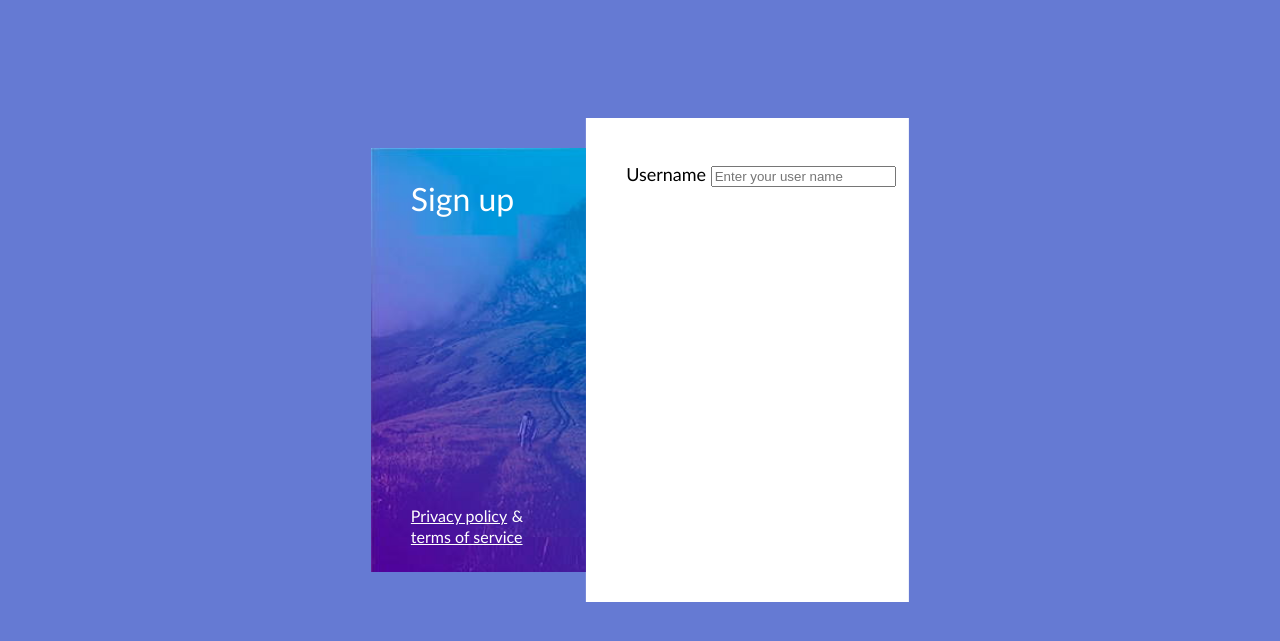
Repository: motiejus1/11-paskaita-adobexd-registracija
Page: index.html
The author's editor kept a copy of each file at every save. The page is drawn from the files as they stood at one save, then again after a run of saves.
The browser window is 1280 px wide. The pictures show the whole page.

Above is the page before, as saved 2021-06-17 19:54:26.

### index.html
<!DOCTYPE html>
<html lang="en">
<head>
    <meta charset="UTF-8">
    <meta http-equiv="X-UA-Compatible" content="IE=edge">
    <meta name="viewport" content="width=device-width, initial-scale=1.0">
    <title>Registracija</title>
    <style>
        html {
            font-size: 18px;
        }

        body {
            max-width: 1920px;
            background-color: #657AD3;
            font: normal normal normal 1rem/1.1667rem Gill Sans MT;
        }

        .container {
            width: 42.05%;
            position: absolute;
            top: 50%;
            left: 50%;
            transform: translate(-50%, -50%);
        }

        .left-column, .right-column {
            float:left;
            height: 26.8889rem;
        }

        .left-column {
            background-color: transparent;
            width: 40%;

        }

        .right-column {
            width: 60%;
            background-color: #fff;
        }

        .left-column-container {
            margin-top: 1.6667rem;
            height: 23.5556rem;
            background-color: #fff;
            background: transparent url('img/mountain.png') 0% 0% no-repeat padding-box;
            background-size: cover;
            padding-left: 2.2222rem;
            position: relative;

        }

        h1 {
            font: normal normal normal 1.7778rem/2.0556rem Gill Sans MT;
            color: #FFFFFF;
            margin: 0;
            padding-top: 32px;
        }


        .links {
            position: absolute;
            bottom: 1.3889rem;
        }

        .links a, .links p {
            display: inline-block;
            color: #FFFFFF;
            font: normal normal normal 0.8889rem/1.0556rem Gill Sans MT;
        }

        .links a:hover {
            color:#808080;
        }

        .links p {
            margin: 0;
        }

        .right-column-container {
            padding-left: 2.2222rem;
            padding-top: 2.5556rem;
        }

    </style>

</head>
<body>

    <div class="container">

        <div class="left-column">
            <div class="left-column-container">
                <h1>Sign up</h1>

                <div class="links">
                    <a href="#">Privacy policy</a>
                    <p>&</p>
                    <a href="#">terms of service</a>
                </div>
            </div>
        </div>
        <div class="right-column">
            <div class="right-column-container">
                <div class="input">
                    <label for="username">Username</label>
                    <input placeholder="Enter your user name" type="text" id="username" name="username" />
                </div>
                <div class="input"></div>
                <div class="input"></div>
                <div class="input"></div>
            </div>
        </div>
    </div>

</body>
</html>

After the next 3 saves:
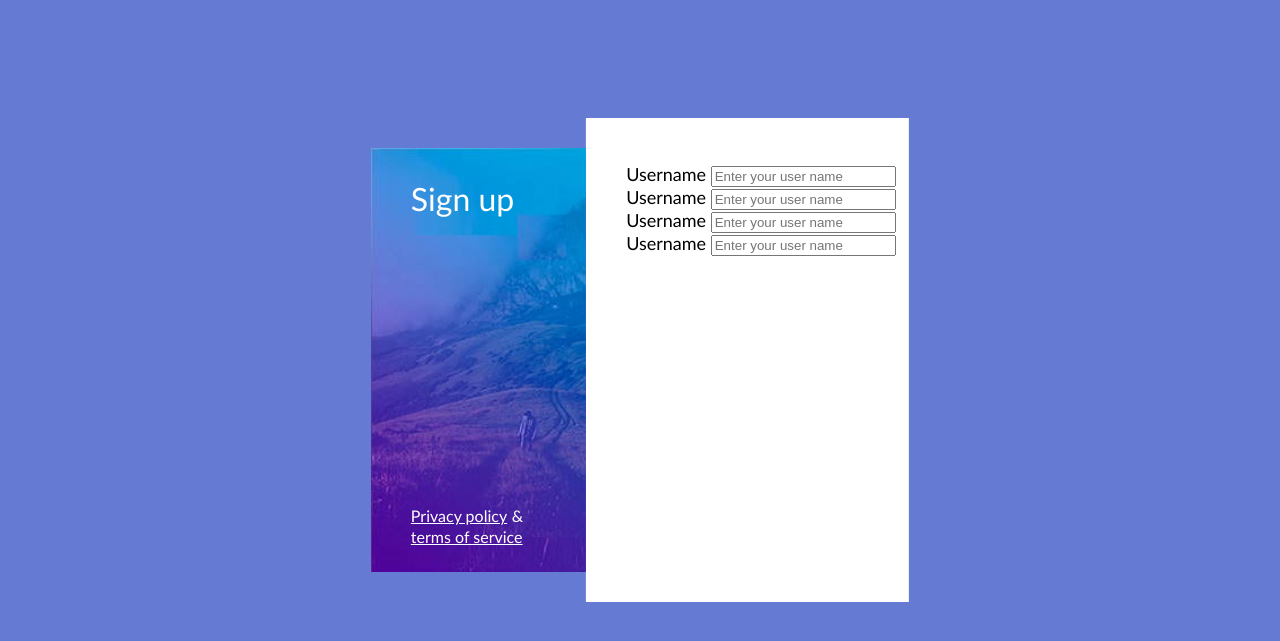
The 3 saves are shown as one change because they came seconds apart.
The last was saved 35 s later.
--- a/index.html
+++ b/index.html
@@ -107,9 +107,18 @@
                     <label for="username">Username</label>
                     <input placeholder="Enter your user name" type="text" id="username" name="username" />
                 </div>
-                <div class="input"></div>
-                <div class="input"></div>
-                <div class="input"></div>
+                <div class="input">
+                    <label for="username">Username</label>
+                    <input placeholder="Enter your user name" type="text" id="username" name="username" />
+                </div>
+                <div class="input">
+                    <label for="username">Username</label>
+                    <input placeholder="Enter your user name" type="text" id="username" name="username" />
+                </div>
+                <div class="input">
+                    <label for="username">Username</label>
+                    <input placeholder="Enter your user name" type="text" id="username" name="username" />
+                </div>
             </div>
         </div>
     </div>
